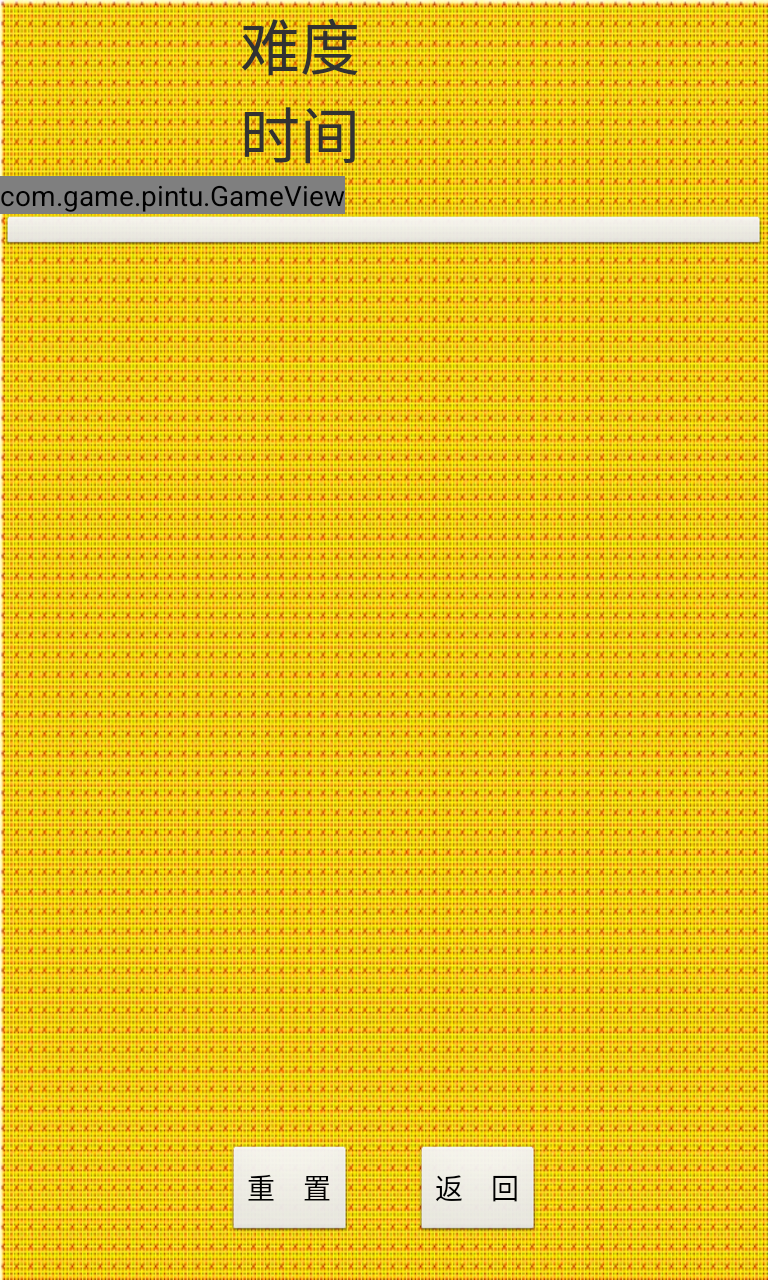
Repository: hosle/gad2
Layout: Pintu/res/layout/new_game.xml
These files come from the project's save history. The layout is drawn as it stood at one moment and after the next save; the edit follows.
Pictures or frames that could not be fetched are drawn as grey boxes. It is drawn on a 768 x 1280 px phone screen (xhdpi) without system bars, with theme AppTheme; the app's code is not run.

Above is the layout before, as saved 2015-03-12 04:22:19.

After the next save:
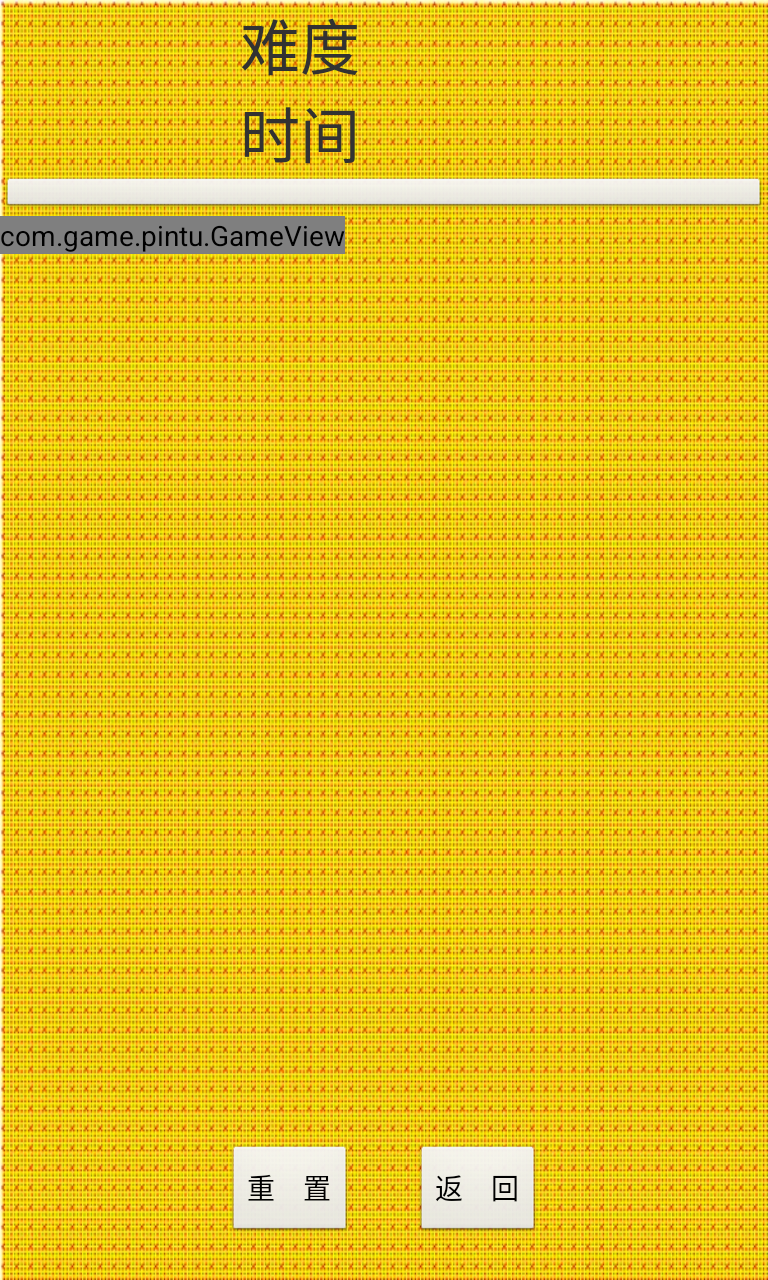
Saved 61 s later.
--- a/Pintu/res/layout/new_game.xml
+++ b/Pintu/res/layout/new_game.xml
@@ -7,64 +7,53 @@
     android:orientation="vertical" >
 
     <TextView
+        android:id="@+id/nandu"
         android:layout_width="match_parent"
-    	android:layout_height="wrap_content"
-    	android:id="@+id/nandu"
-    	android:text="难度"
-    	android:textSize="30sp"
-    	android:layout_marginLeft="120dp"
-        />
+        android:layout_height="wrap_content"
+        android:layout_marginLeft="120dp"
+        android:text="难度"
+        android:textSize="30sp" />
+
     <TextView
+        android:id="@+id/time"
         android:layout_width="match_parent"
-    	android:layout_height="wrap_content"
-    	android:id="@+id/time"
-    	android:text="时间"
-    	android:textSize="30sp"
-    	android:layout_marginLeft="120dp"
-        />
+        android:layout_height="wrap_content"
+        android:layout_marginLeft="120dp"
+        android:text="时间"
+        android:textSize="30sp" />
 
-	<com.game.pintu.GameView
-	    android:layout_width="wrap_content"
-	    android:layout_height="wrap_content"
-	    android:id="@+id/view"
+    <Button
+        android:id="@+id/btn_sendgame"
+        android:layout_width="match_parent"
+        android:layout_height="20dp"
+        android:text="分享游戏给好友" />
 
-	    />
-	         <Button
-            android:id="@+id/btn_sendgame"
-            android:layout_width="match_parent"
-            android:layout_height="20dp"
-            android:text="分享游戏给好友"
-            />
+    <com.game.pintu.GameView
+        android:id="@+id/view"
+        android:layout_width="wrap_content"
+        android:layout_height="wrap_content" />
 
+    <LinearLayout
+        android:layout_width="fill_parent"
+        android:layout_height="fill_parent"
+        android:layout_centerHorizontal="true"
+        android:gravity="center_horizontal"
+        android:orientation="horizontal" >
 
-        <LinearLayout
-            android:layout_width="fill_parent"
-    		android:layout_height="fill_parent"
-            android:layout_centerHorizontal="true"
-            android:orientation="horizontal"
-            android:gravity="center_horizontal"
-            >
-            <Button
-	            android:layout_width="wrap_content"
-	    		android:layout_height="wrap_content"
-	            android:text="重    置"
-	            android:layout_gravity="bottom"
-	            android:layout_marginBottom="10dp"
-            />
-            <Button
-	            android:layout_width="wrap_content"
-	    		android:layout_height="wrap_content"
-	            android:text="返    回"
-	            android:layout_marginLeft="30dp"
-	            android:layout_gravity="bottom"
-	            android:layout_marginBottom="10dp"
-            />
+        <Button
+            android:layout_width="wrap_content"
+            android:layout_height="wrap_content"
+            android:layout_gravity="bottom"
+            android:layout_marginBottom="10dp"
+            android:text="重    置" />
 
-        </LinearLayout>
-
-
-
-
-
+        <Button
+            android:layout_width="wrap_content"
+            android:layout_height="wrap_content"
+            android:layout_gravity="bottom"
+            android:layout_marginBottom="10dp"
+            android:layout_marginLeft="30dp"
+            android:text="返    回" />
+    </LinearLayout>
 
 </LinearLayout>
